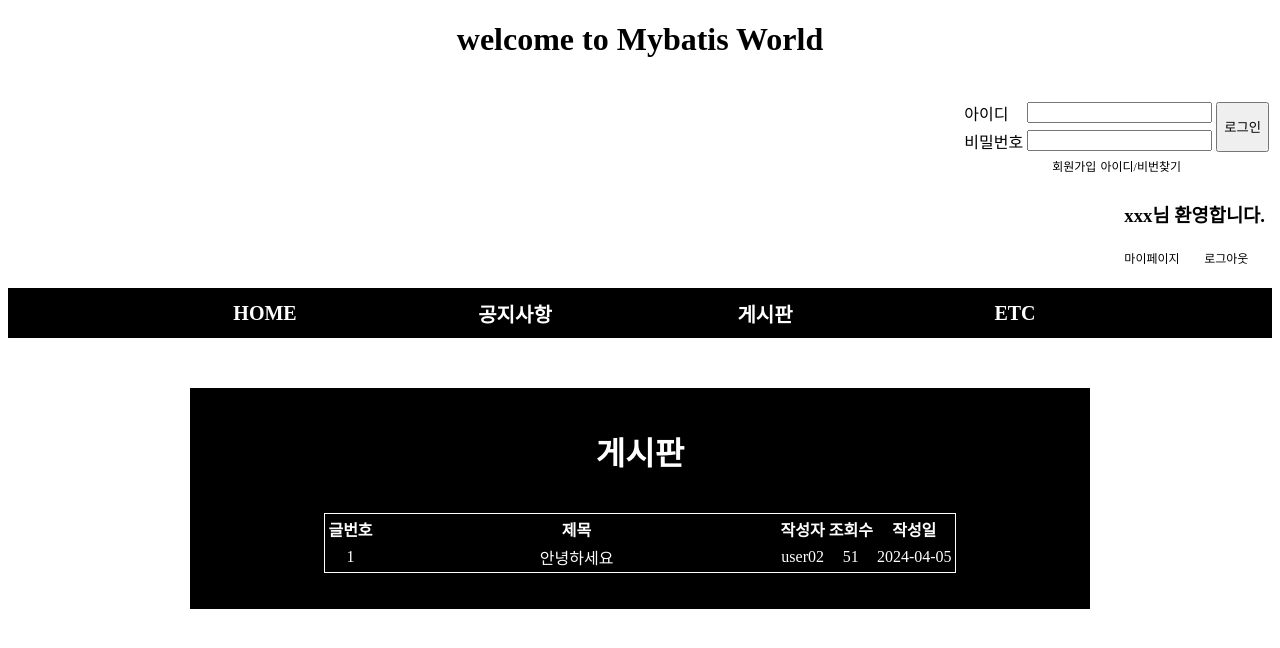
Repository: eru2/Study
Page: http://localhost/mybatisProject/views/board/boardListView.jsp
The author's editor kept a copy of each file at every save. The page is drawn from the files as they stood at one save, then again after a run of saves.
The browser window is 1280 px wide. The pictures show the whole page.
The page is served by Tomcat 10.

Above is the page before, as saved 2025-03-06 03:47:41.

After the next 3 saves:
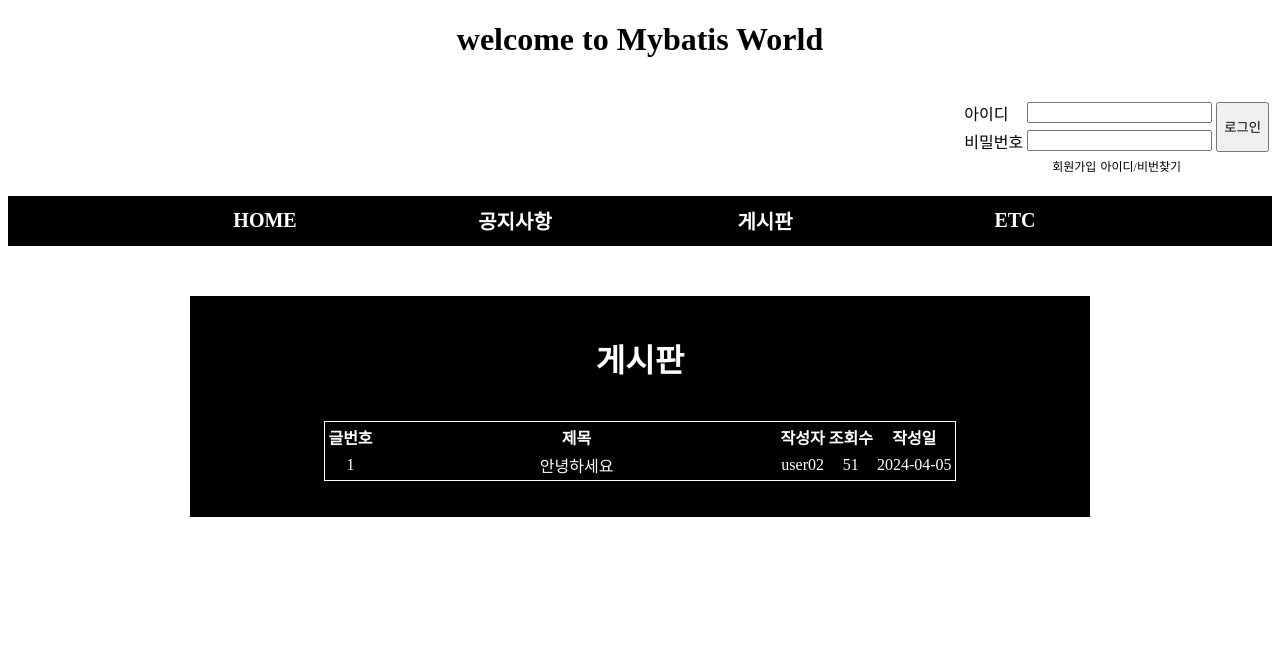
The 3 saves are shown as one change because 2 did not build or start.
The last was saved 115 s later.
--- a/08_MyBatis/mybatisProject/src/main/webapp/views/common/menubar.jsp
+++ b/08_MyBatis/mybatisProject/src/main/webapp/views/common/menubar.jsp
@@ -41,6 +41,8 @@
     <br>
 
     <div class="login-area" align="right">
+    <c:choose>
+    <c:when test="${empty loginUser}">
         <!-- 로그인전 -->
         <form action="/${pageContext.request.contextPath}/login.me" method="post">
 	        <table>
@@ -62,8 +64,8 @@
 	            </tr>
             </table>
         </form>
-
-
+     </c:when>
+       <c:otherwise>
         <!-- 로그인후 -->
         <div>
             <table>
@@ -80,6 +82,8 @@
             </table>
         </div>
     </div>
+    </c:otherwise>
+    </c:choose>
     <br>
 
     <div class="nav-area" align="center">
